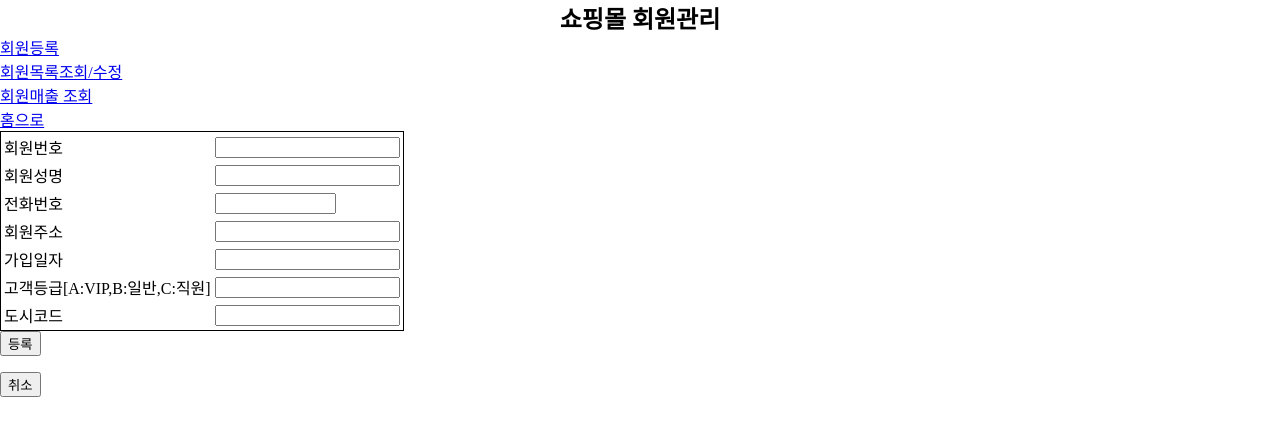
Repository: Tor1a/SpringSet
Page: http://localhost/practice/WEB-INF/views/member/join.jsp
The author's editor kept a copy of each file at every save. The page is drawn from the files as they stood at one save, then again after the next save.
The browser window is 1280 px wide. The pictures show the whole page.
The page is served by Tomcat 9. Nobody is signed in. The template is opened directly, without the code that normally fills it, so the values that code supplies are empty.

Above is the page before, as saved 2022-04-11 03:00:31.
Not found: practice/practice/WEB-INF/views/js/main.js

After the next save:
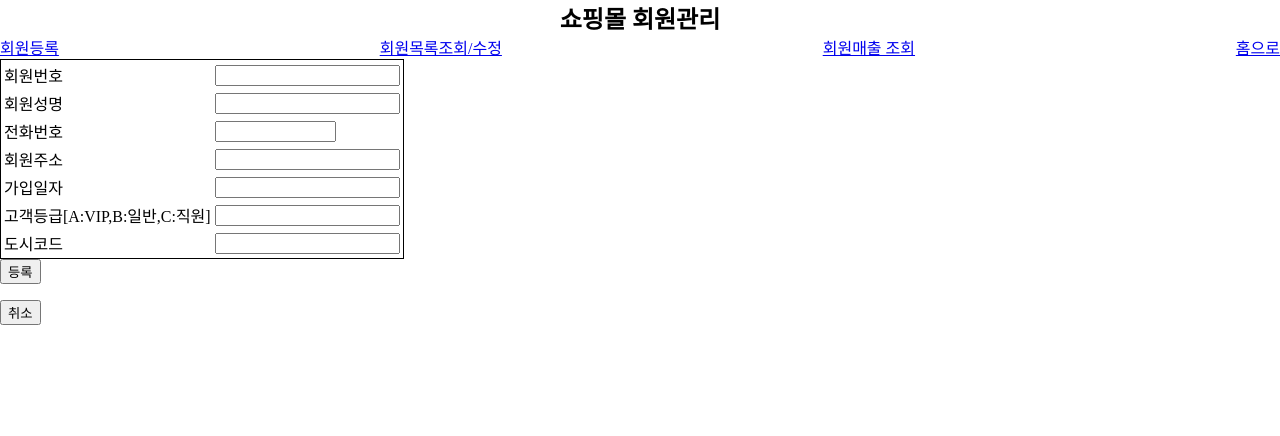
Saved 63 s later.
--- a/practice/src/main/webapp/WEB-INF/views/include/header.jsp
+++ b/practice/src/main/webapp/WEB-INF/views/include/header.jsp
@@ -20,7 +20,7 @@
 	<header>
     <h2 class="title">쇼핑몰 회원관리</h2>
     <div>
-    <ul>
+    <ul class="mainMenu">
         <li><a href="joinForm.do">회원등록</a></li>
         <li><a href="list.do">회원목록조회/수정</a></li>
         <li><a href="money.do">회원매출 조회</a></li>
